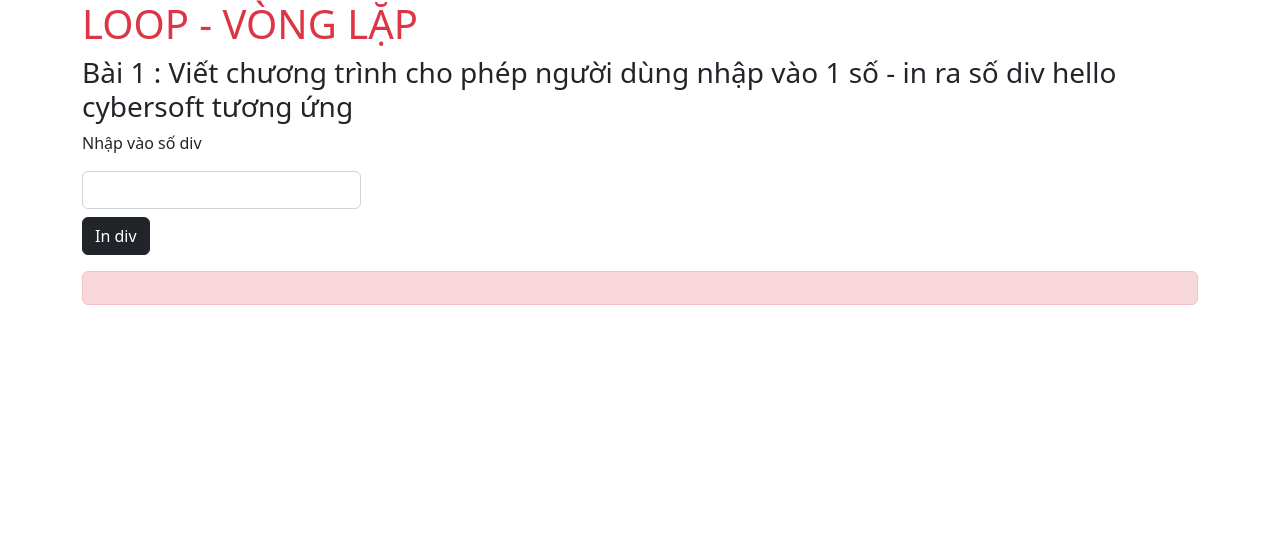
Repository: hcozyph/cyberSoft_JS_fulldocs
Page: JS_6_LOOP/index.html
These files come from the project's save history. The page is drawn as it stood at one moment and after the next save; the edit follows.
The browser window is 1280 px wide. The pictures show the whole page.

Above is the page before, as saved 2023-02-08 20:07:09.

### JS_6_LOOP/index.html
<!DOCTYPE html>
<html lang="en">
    <head>
        <title>JS_6_LOOP</title>
        <!-- Required meta tags -->
        <meta charset="utf-8" />
        <meta
            name="viewport"
            content="width=device-width, initial-scale=1, shrink-to-fit=no"
        />

        <!-- Bootstrap CSS v5.2.1 -->
        <link
            href="https://cdn.jsdelivr.net/npm/bootstrap@5.2.1/dist/css/bootstrap.min.css"
            rel="stylesheet"
            integrity="sha384-iYQeCzEYFbKjA/T2uDLTpkwGzCiq6soy8tYaI1GyVh/UjpbCx/TYkiZhlZB6+fzT"
            crossorigin="anonymous"
        />
    </head>

    <body style="margin: 0 auto; padding: 0">
        <div class="container">
            <h1 class="text-danger" style="margin: 0 auto">LOOP - VÒNG LẶP</h1>

            <h3 class="my-2">
                Bài 1 : Viết chương trình cho phép người dùng nhập vào 1 số - in
                ra số div hello cybersoft tương ứng
            </h3>

            <div class="form-group">
                <p>Nhập vào số div</p>
                <input
                    type="text"
                    name=""
                    class="form-control w-25"
                    id="so-div"
                />

                <button class="btn btn-dark my-2" id="btn-in-div">
                    In div
                </button>
            </div>

            <div class="alert alert-danger mt-2" id="ket-qua-bai-1"></div>
        </div>

        <!-- Bootstrap JavaScript Libraries -->
        <script
            src="https://cdn.jsdelivr.net/npm/@popperjs/core@2.11.6/dist/umd/popper.min.js"
            integrity="sha384-oBqDVmMz9ATKxIep9tiCxS/Z9fNfEXiDAYTujMAeBAsjFuCZSmKbSSUnQlmh/jp3"
            crossorigin="anonymous"
        ></script>

        <script
            src="https://cdn.jsdelivr.net/npm/bootstrap@5.2.1/dist/js/bootstrap.min.js"
            integrity="sha384-7VPbUDkoPSGFnVtYi0QogXtr74QeVeeIs99Qfg5YCF+TidwNdjvaKZX19NZ/e6oz"
            crossorigin="anonymous"
        ></script>

        <script src="./JS_6/index.js"></script>
    </body>
</html>

### JS_6_LOOP/JS_6/index.js
console.log('lần1');
console.log('lần2');
console.log('lần3');
console.log('lần4');

/*
    Cấu trúc vòng lặp: Dùng để thực hiện 1 hành động được lặp đi lặp lại nhiều lần.

    //CÁC BƯỚC CẤU THÀNH VÒNG LẶP
    B1: Xác định điều kiện thay đổi trong biểu thức lặp (có 1 biến nào đó gọi là biến điều kiện)

    B2: Dựa vào biến thay đổi để thực hiện điều kiện lặp

    B3: Cài đặt xử lý trong mỗi lần lặp

    B4: Thay đổi giá trị của biến điều kiện để đến 1 lúc nào đó nó sẽ dừng

*/

////

//Bước 1: Xác định điều kiện lặp
var soLan = 0;

//Bước 2: Điều kiện lặp
while (soLan <= 5) {
    //Bước 3: xử lý
    console.log('hello CyberSoft ! lần' + soLan);

    //Bước 4: thay đổi điều kiện sau mỗi lần lặp để DỪNG
    soLan += 1;
};

////////////////////////////////////////////////////////

//BÀI 1: Bài tập in ra số div tương ứng

document.getElementById('btn-in-div').onclick = function () {

    //input: số lượng div
    var soLuongDiv = Number(document.getElementById('so-div').value);

    //output:
    var htmlOutput = '';

    //process:

    //B1: xác định điều kiện thay đổi - khai báo biến điều kiện
    var soLan = 1;

    //B2: Điều kiện lặp
    while (soLan <= soLuongDiv) {

        //B3: Xử lý mỗi lần lặp
        htmlOutput = htmlOutput + '<div>Helu</div>';

        //B4: Thay đổi điều kiện để stop loop
        soLan += 1;
    }

    //////////////////Nhớ đặt trong function//////////////
    //In output ra giao điện
    document.getElementById('ket-qua-bai-1').innerHTML = htmlOutput;
}

After the next save:
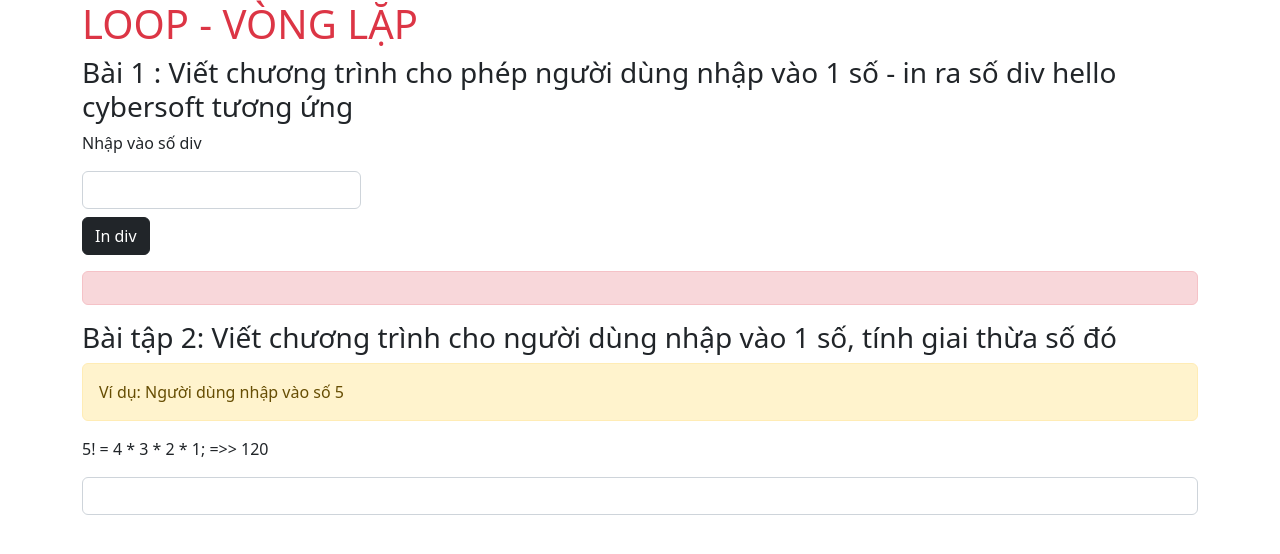
Saved 4 min 6 s later.
--- a/JS_6_LOOP/index.html
+++ b/JS_6_LOOP/index.html
@@ -22,6 +22,7 @@
         <div class="container">
             <h1 class="text-danger" style="margin: 0 auto">LOOP - VÒNG LẶP</h1>
 
+            <!-- BT1: Bài tập in ra số div tương ứng -->
             <h3 class="my-2">
                 Bài 1 : Viết chương trình cho phép người dùng nhập vào 1 số - in
                 ra số div hello cybersoft tương ứng
@@ -42,6 +43,26 @@
             </div>
 
             <div class="alert alert-danger mt-2" id="ket-qua-bai-1"></div>
+
+            <!-- BT2: Tính giai thừa -->
+            <h3>
+                Bài tập 2: Viết chương trình cho người dùng nhập vào 1 số, tính giai thừa số đó
+            </h3>
+
+            <p class="alert alert-warning">
+                Ví dụ: Người dùng nhập vào số 5
+                <p>
+                    5! = 4 * 3 * 2 * 1; =>> 120
+                </p>
+            </p>
+
+            <div class="form-group">
+                <input type="text" id="so-giai-thua" class="form-control">
+            </div>
+
+
+
+
         </div>
 
         <!-- Bootstrap JavaScript Libraries -->
